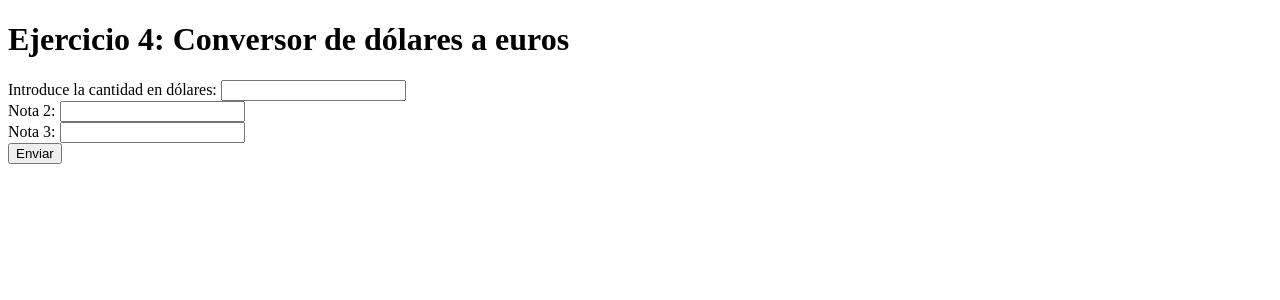
Repository: Ibizus/ejercicios_JSP
Page: http://localhost/ejercicios_Hector/ejercicio4/main.jsp
The author's editor kept a copy of each file at every save. The page is drawn from the files as they stood at one save, then again after the next save.
The browser window is 1280 px wide. The pictures show the whole page.
The page is served by Tomcat 9.

Above is the page before, as saved 2023-11-11 20:06:23.

After the next save:
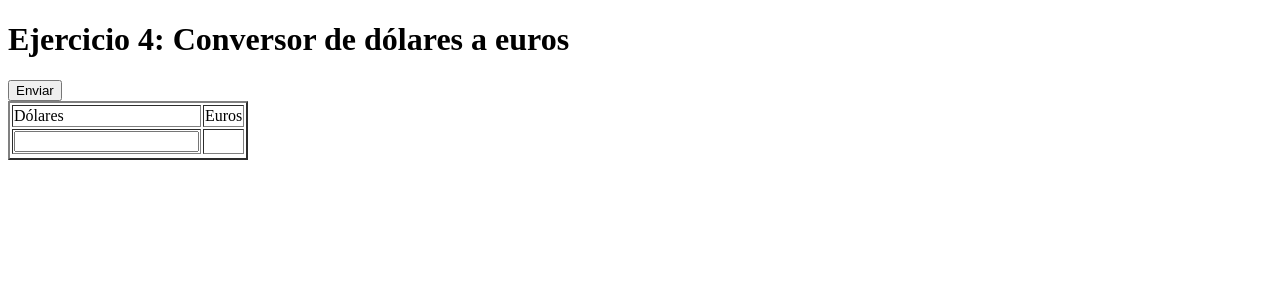
Saved 80 min 19 s later.
--- a/ejercicios_Hector/src/main/webapp/ejercicio4/main.jsp
+++ b/ejercicios_Hector/src/main/webapp/ejercicio4/main.jsp
@@ -10,18 +10,24 @@
 
 	<h1>Ejercicio 4: Conversor de dólares a euros</h1>
 
-	<form method="post" action="cambio.jsp">
-		Introduce la cantidad en dólares:
-		<input type="text" name="nota1">
-		<br>
-		Nota 2:
-		<input type="text" name="nota2">
-		<br>
-		Nota 3:
-		<input type="text" name="nota3">
-		<br>
-		<input type="submit" value="Enviar">
-	</form>
+
+	<table border="2">
+	<tr>
+		<td>Dólares</td><td>Euros</td>
+	</tr>
+
+	<tr>
+		<form method="post" action="conversor.jsp">
+		<td><input type="text" name="nota1"></td>
+		<td></td>
+	</tr>
+
+	<tr>
+			<input type="submit" value="Enviar">
+	</tr>
+		</form>
+	</table>
+
 
 </body>
 </html>
